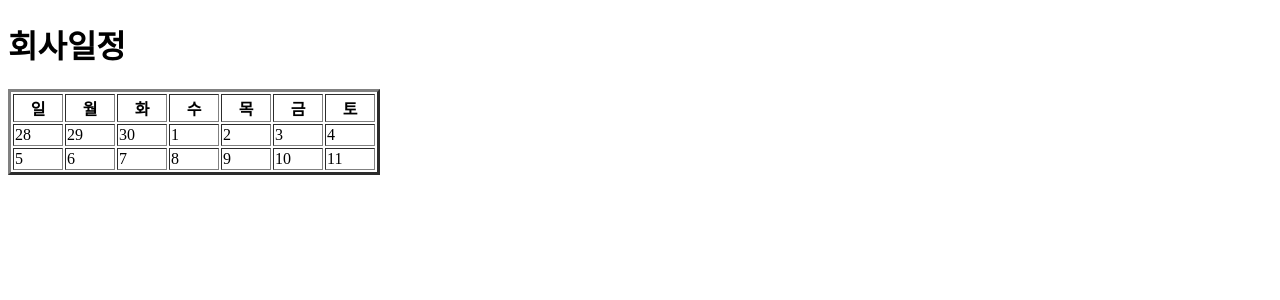
Repository: ybshim90/sesac1
Page: day_20211217_01_web/src/main/webapp/calendar.html
These files come from the project's save history. The page is drawn as it stood at one moment and after the next save; the edit follows.
The browser window is 1280 px wide. The pictures show the whole page.

Above is the page before, as saved 2021-12-17 01:52:19.

### day_20211217_01_web/src/main/webapp/calendar.html
<!DOCTYPE html>
<html>
<head>
	<meta charset="UTF-8">
	<title>회사일정</title>
</head>
<body>
	<h1>회사일정</h1>
	<table border="3">
		<colgroup>
			<col width="50px">
			<col width="50px">
			<col width="50px">
			<col width="50px">
			<col width="50px">
			<col width="50px">
			<col width="50px">
		</colgroup>
		<thead>
			<tr>
			    <th>일</th>
			    <th>월</th>
			    <th>화</th>
			    <th>수</th>
			    <th>목</th>
			    <th>금</th>
			    <th>토</th>
		  	</tr>
		</thead>

	  <tr>
	    <td>28</td>
	    <td>29</td>
	    <td>30</td>
	    <td>1</td>
	    <td>2</td>
	    <td>3</td>
	    <td>4</td>
	  </tr>
	  <tr>
	    <td>5</td>
	    <td>6</td>
	    <td>7</td>
	    <td>8</td>
	    <td>9</td>
	    <td>10</td>
	    <td>11</td>
	  </tr>
	</table>

</body>
</html>

After the next save:
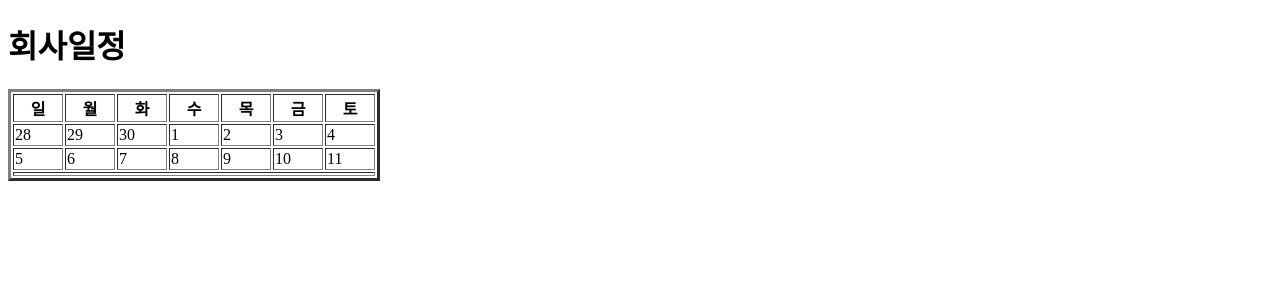
Saved 3 min 35 s later.
--- a/day_20211217_01_web/src/main/webapp/calendar.html
+++ b/day_20211217_01_web/src/main/webapp/calendar.html
@@ -27,7 +27,7 @@
 			    <th>토</th>
 		  	</tr>
 		</thead>
-
+	  <tbody>
 	  <tr>
 	    <td>28</td>
 	    <td>29</td>
@@ -46,6 +46,12 @@
 	    <td>10</td>
 	    <td>11</td>
 	  </tr>
+	  </tbody>
+	  <tfoot>
+	  	<tr>
+	  		<td colspan="7"></td>
+	  	</tr>
+	  </tfoot>
 	</table>
 
 </body>
